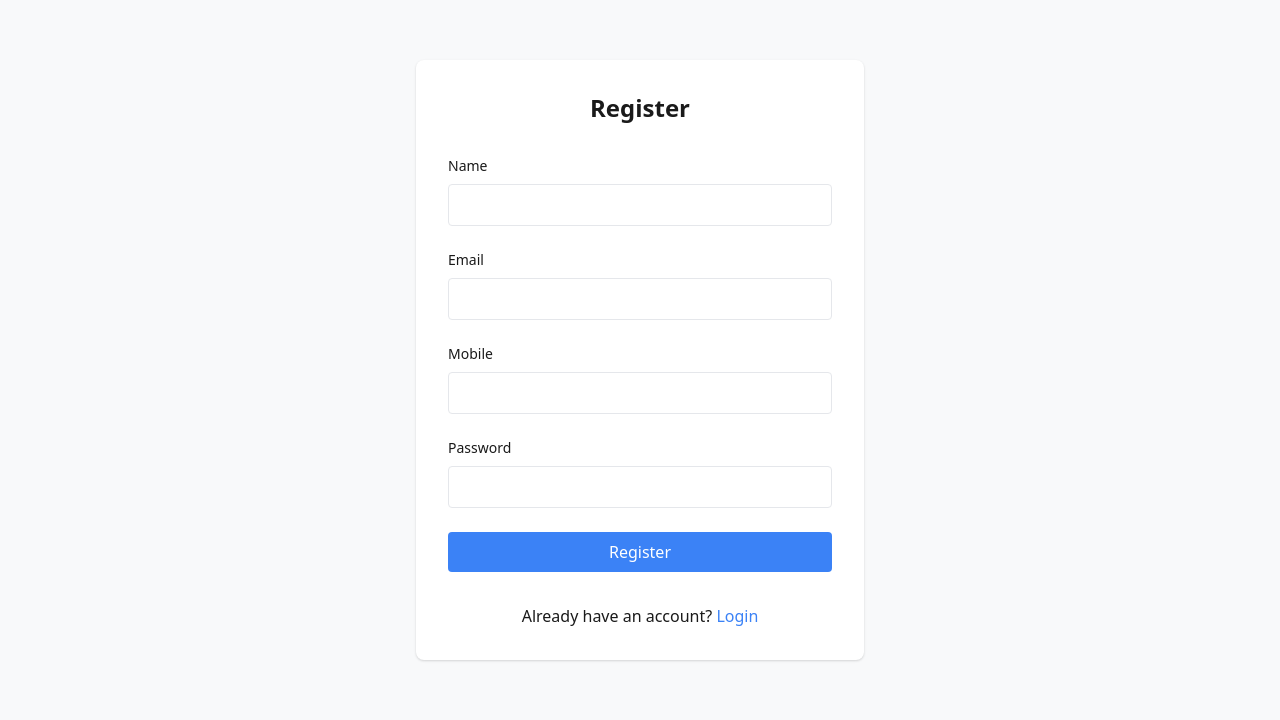
Repository: riyas-git-sys/Zing-frontend
Page: /register
An editor plug-in stored every save of this project. The page is shown before and after the next save, followed by the edit.
The browser window is 1280 px wide. The pictures show the whole page.
The page's requests for data from a server got no answer. The project was rebuilt for these pictures with package versions that can differ from the ones it lists, and the page was loaded fresh each time. No one was signed in, and anything a server would have sent is missing. Also part of the build but not shown: vite.config.ts, src/components/PrivateRoute.tsx, src/components/Layout.tsx, src/services/chatService.ts, src/pages/Home.tsx, src/pages/Login.tsx, src/pages/ForgotPassword.tsx, src/pages/ResetPassword.tsx and 12 more.

Above is the page before, as saved 2025-08-26 17:00:15.

After the next save:
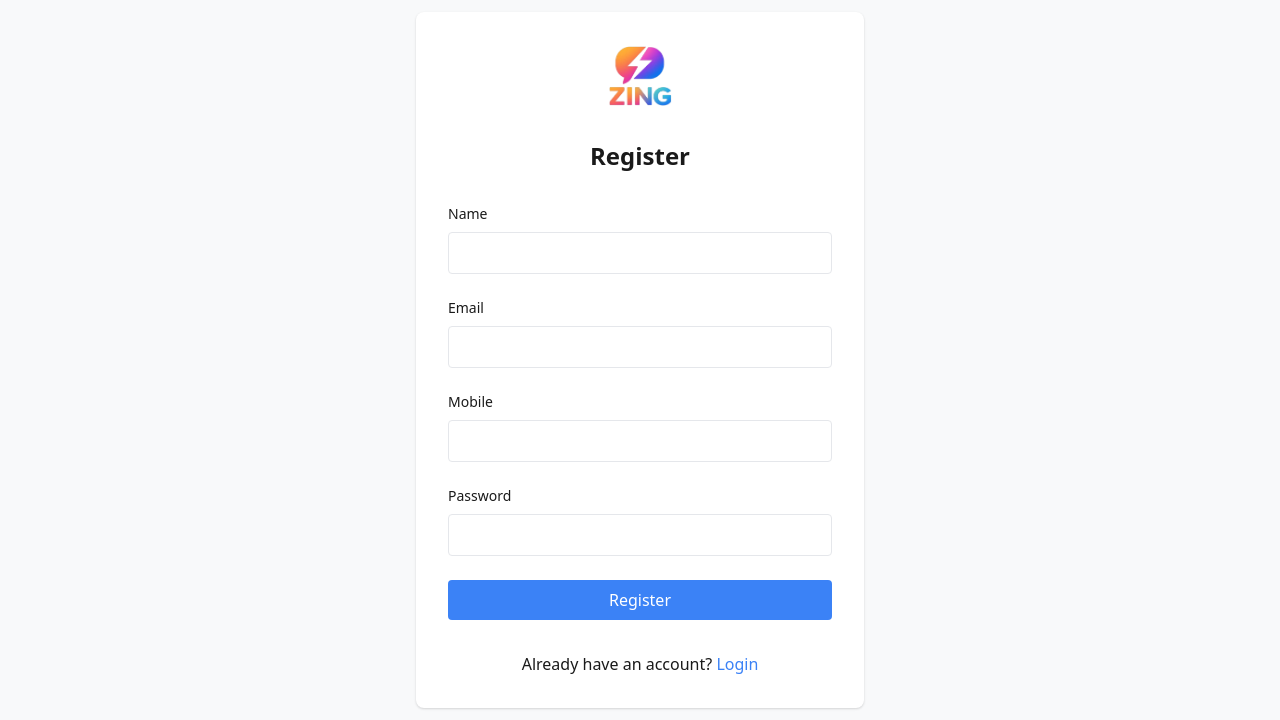
Saved 38 s later.
--- a/src/pages/Register.tsx
+++ b/src/pages/Register.tsx
@@ -1,7 +1,7 @@
-// src/pages/Register.tsx
 import { useState } from 'react';
 import { useNavigate } from 'react-router-dom';
 import { useAuth } from '../context/AuthContext';
+import Logo from '../assets/logo.png'; // Add this import
 
 function Register() {
   const [name, setName] = useState('');
@@ -28,6 +28,15 @@
   return (
     <div className="flex items-center justify-center min-h-screen bg-gray-100">
       <div className="w-full max-w-md p-8 space-y-8 bg-white rounded-lg shadow">
+        {/* Logo Section */}
+        <div className="flex justify-center mb-6">
+          <img
+            src={Logo}
+            alt="Zing Logo"
+            className="w-16 h-16 object-contain"
+          />
+        </div>
+
         <h2 className="text-2xl font-bold text-center">Register</h2>
         {error && <p className="text-red-500 text-center">{error}</p>}
         <form className="mt-8 space-y-6" onSubmit={handleSubmit}>
